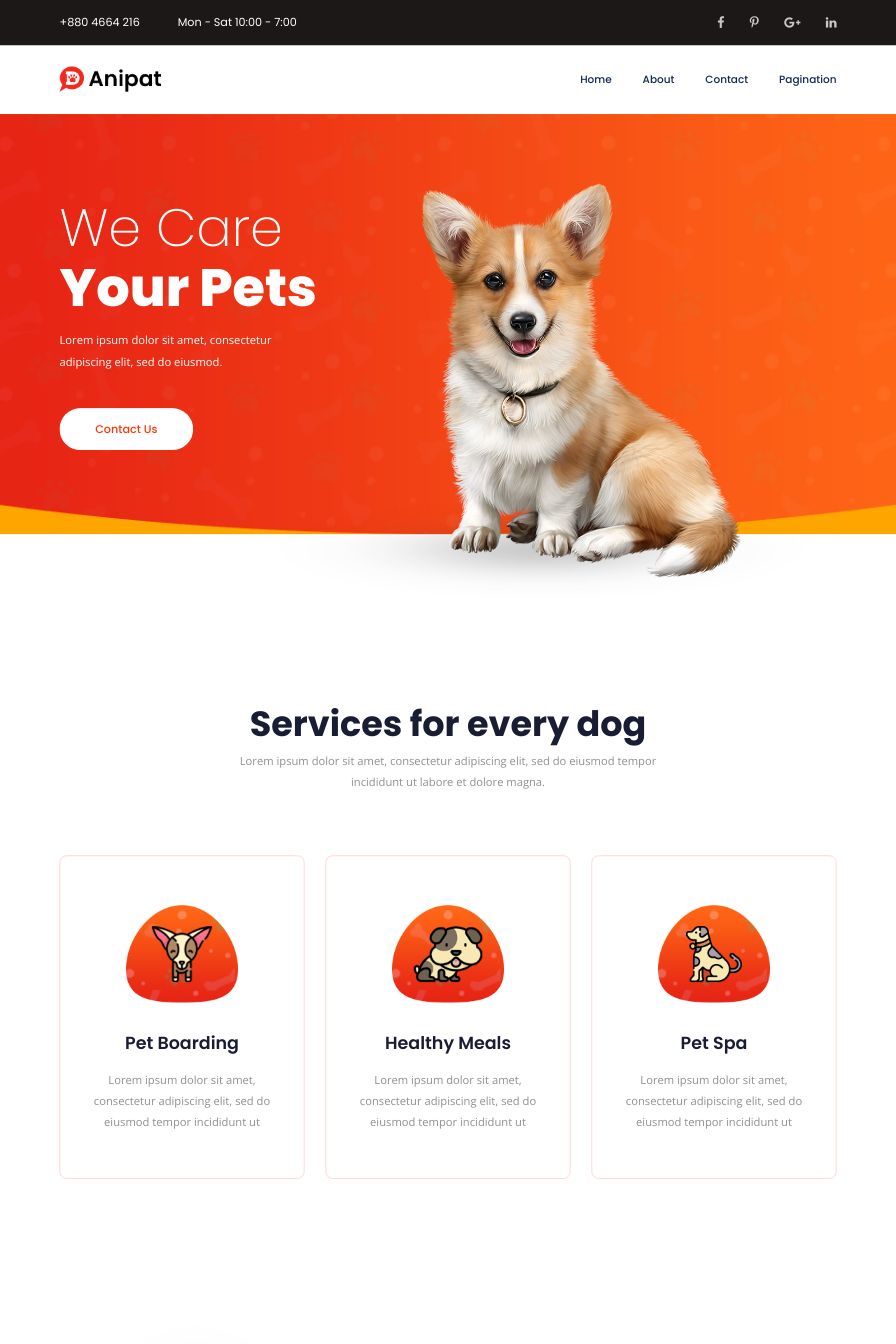
Repository: ssezmar/php...
Page: http://localhost/lab2/index.php
An editor plug-in stored every save of this project. The page is shown before and after the next save, followed by the edit.
The browser window is 1280 px wide. The pictures show the part of the page from y = 0 to 1920 px (the page is 3839 px tall before and 3239 px after), at 70% of full size.
The page is run by PHP 8.4 with error messages shown; the project is at /var/www/html/.

Above is the page before, as saved 2025-09-17 12:38:49.
Console error: TypeError: $(...).find(...).ajaxChimp is not a function

After the next save:
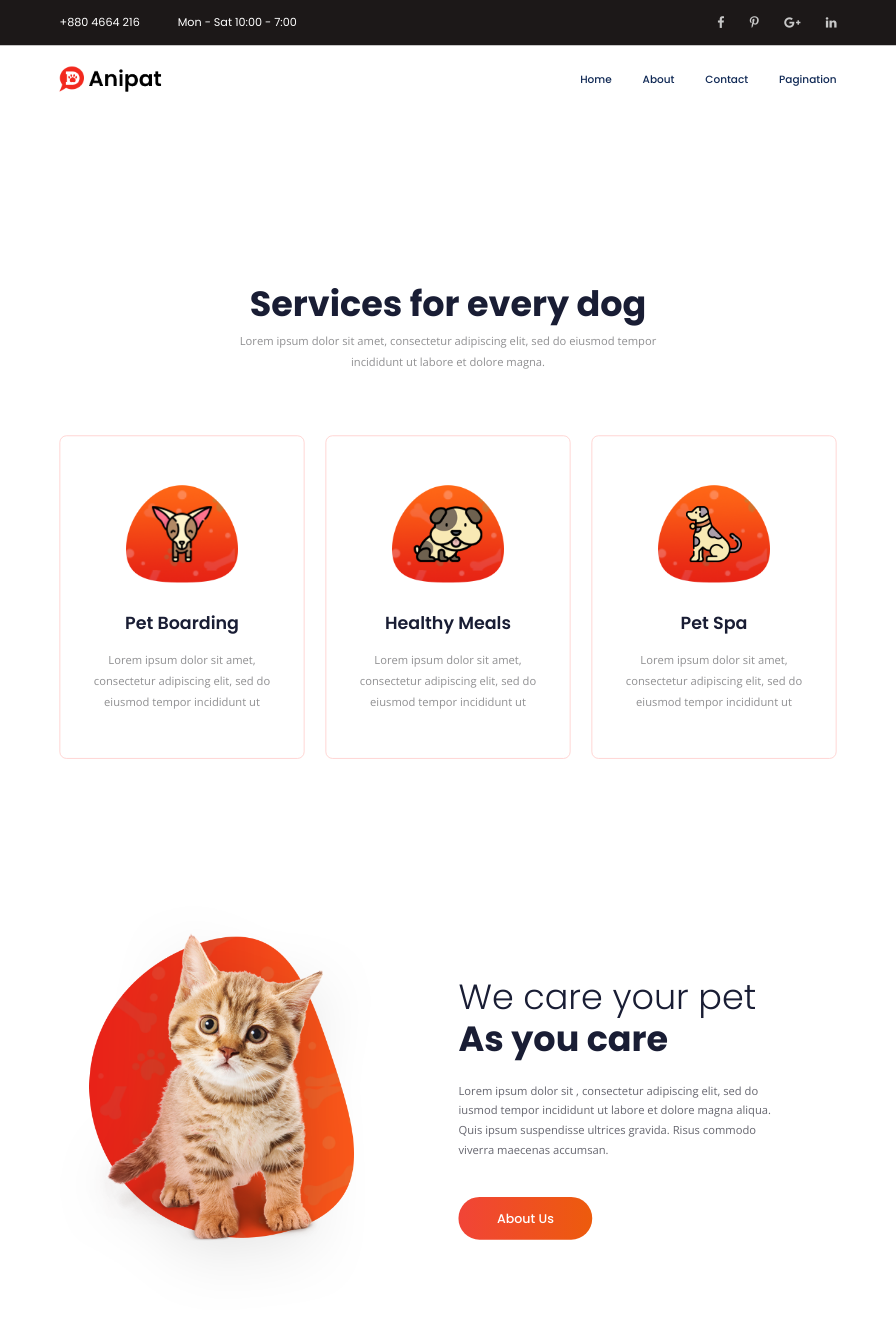
Saved 59 s later.
--- a/public_html/lab2/index.php
+++ b/public_html/lab2/index.php
@@ -10,27 +10,6 @@ if (basename($_SERVER['PHP_SELF']) === 'index.php' || basename($_SERVER['PHP_SEL
 // Подключаем главное меню
 include "includes/menu.php";
 ?>
-
-<!-- slider_area_start -->
-<div class="slider_area">
-    <div class="single_slider slider_bg_1 d-flex align-items-center" style="background-color: orange;">
-        <div class="container">
-            <div class="row">
-                <div class="col-lg-5 col-md-6">
-                    <div class="slider_text">
-                        <h3>We Care <br> <span>Your Pets</span></h3>
-                        <p>Lorem ipsum dolor sit amet, consectetur <br> adipiscing elit, sed do eiusmod.</p>
-                        <a href="contact.php" class="boxed-btn4">Contact Us</a>
-                    </div>
-                </div>
-            </div>
-        </div>
-        <div class="dog_thumb d-none d-lg-block">
-            <img src="img/ban/dog.png" alt="">
-        </div>
-    </div>
-</div>
-<!-- slider_area_end -->
 
 <!-- service_area_start  -->
 <div class="service_area">
